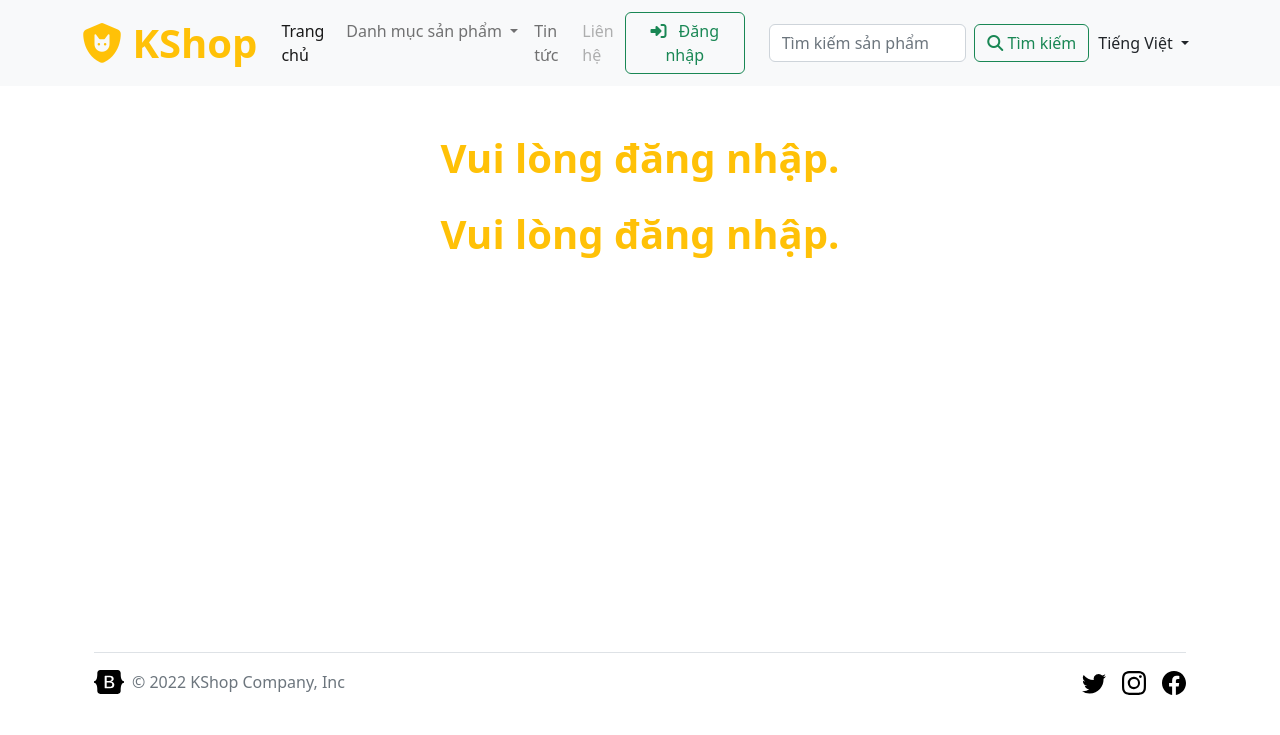
Repository: QuangBach1998/BMobileShop
Page: BshopFrontEnd/index.html
The author's editor kept a copy of each file at every save. The page is drawn from the files as they stood at one save, then again after the next save.
The browser window is 1280 px wide. The pictures show the whole page.
Some web libraries are served in a nearby version.

Above is the page before, as saved 2023-06-26 15:11:57.

### BshopFrontEnd/index.html
<!DOCTYPE html>
<html lang="en">
  <head>
    <meta charset="UTF-8" />
    <meta http-equiv="X-UA-Compatible" content="IE=edge" />
    <meta name="viewport" content="width=device-width, initial-scale=1.0" />
    <title>BShop - Điện thoại, Laptop, Phụ kiện, Đồng hồ chính hãng</title>

    <!-- Bootstrap 5.2.1 -->
    <link
      href="https://cdn.jsdelivr.net/npm/bootstrap@5.2.1/dist/css/bootstrap.min.css"
      rel="stylesheet"
      integrity="sha384-iYQeCzEYFbKjA/T2uDLTpkwGzCiq6soy8tYaI1GyVh/UjpbCx/TYkiZhlZB6+fzT"
      crossorigin="anonymous"
    />

    <!-- JavaScript Bundle with Popper -->
    <script
      src="https://cdn.jsdelivr.net/npm/bootstrap@5.2.1/dist/js/bootstrap.bundle.min.js"
      integrity="sha384-u1OknCvxWvY5kfmNBILK2hRnQC3Pr17a+RTT6rIHI7NnikvbZlHgTPOOmMi466C8"
      crossorigin="anonymous"
    ></script>
    <!-- JQuery 3.6.1 -->
    <script
      src="https://code.jquery.com/jquery-3.6.1.min.js"
      integrity="sha256-o88AwQnZB+VDvE9tvIXrMQaPlFFSUTR+nldQm1LuPXQ="
      crossorigin="anonymous"
    ></script>
    <!-- Font Awesome -->
    <script
      src="https://kit.fontawesome.com/194acd46be.js"
      crossorigin="anonymous"
    ></script>
    <script src="/utils/storage.js"></script>

    <style>
      #main {
        min-height: 500px;
        margin-top: 128px;
      }
    </style>
  </head>
  <body>
    <div class="container">
      <div id="header"></div>
      <div id="main"></div>
      <div id="footer"></div>
    </div>

    <script>
      $(function () {
        $("#header").load("/common/header/header.html");
        $("#footer").load("/common/footer/footer.html");

        if (storage.hasKey("key_token")) {
          $("#main").load("/page/main/main.html");
        } else {
          $("#main").append(
            '<p class="text-warning text-center"><b class="fs-1">Vui lòng đăng nhập.</b></p>',
            '<p class="text-warning text-center"><b class="fs-1">Vui lòng đăng nhập.</b></p>'
          );
        }

        $.ajaxSetup({
          headers: {
            Authorization: "Basic " + storage.getItem("key_token"),
          },
        });

        $.ajaxPrefilter(function (options, originalOptions, jqXHR) {
          const lang = storage.getItem("key_lang");
          if (lang && originalOptions.method == "POST") {
            if (originalOptions.url.includes("?")) {
              options.url = originalOptions.url + `&lang=${lang}`;
            } else {
              options.url = originalOptions.url + `?lang=${lang}`;
            }
          }
        });
      });
    </script>
  </body>
</html>

### BshopFrontEnd/utils/storage.js
const KEY_REMEMBER_ME = "key_remember_me";

const storage = {
    get rememberMe() {
        return localStorage.getItem(KEY_REMEMBER_ME);
    },
    set rememberMe(value) {
        localStorage.clear();
        sessionStorage.clear();
        localStorage.setItem(KEY_REMEMBER_ME, value);
    },
    getItem: function (key) {
        if (this.rememberMe == 'true') {
            return localStorage.getItem(key);
        } else {
            return sessionStorage.getItem(key);
        }
    },
    setItem: function (key, value) {
        if (this.rememberMe == 'true') {
            localStorage.setItem(key, value);
        } else {
            sessionStorage.setItem(key, value);
        }
    },
    hasKey: function (key) {
        if (this.rememberMe == 'true') {
            return key in localStorage;
        } else {
            return key in sessionStorage;
        }
    },
    clear: () => {
        localStorage.clear();
        sessionStorage.clear();
    }
};

### BshopFrontEnd/common/header/header.html
<!DOCTYPE html>
<html lang="en">

<head>
</head>

<body>
    <nav class="navbar navbar-expand-lg bg-light fixed-top">
        <div class="container-md">
            <a class="navbar-brand text-warning fs-1 fw-bold" href="#"><i class="fa-solid fa-shield-cat"></i> KShop</a>
            <button class="navbar-toggler" type="button" data-bs-toggle="collapse"
                data-bs-target="#navbar-supported-content" aria-controls="navbar-supported-content"
                aria-expanded="false">
                <span class="navbar-toggler-icon"></span>
            </button>
            <div class="collapse navbar-collapse" id="navbar-supported-content">
                <ul class="navbar-nav me-auto mb-2 mb-lg-0">
                    <li class="nav-item">
                        <a class="nav-link active" aria-current="page" href="#">Trang chủ</a>
                    </li>
                    <li class="nav-item dropdown">
                        <a class="nav-link dropdown-toggle" href="#" role="button" data-bs-toggle="dropdown"
                            aria-expanded="false">
                            Danh mục sản phẩm
                        </a>
                        <ul class="dropdown-menu">
                            <li><a class="dropdown-item" href="#">Điện thoại</a></li>
                            <li><a class="dropdown-item" href="#">Laptop</a></li>
                            <li>
                                <hr class="dropdown-divider">
                            </li>
                            <li><a class="dropdown-item" href="#">Đồng hồ</a></li>
                        </ul>
                    </li>
                    <li class="nav-item">
                        <a class="nav-link" href="#">Tin tức</a>
                    </li>
                    <li class="nav-item">
                        <a class="nav-link disabled">Liên hệ</a>
                    </li>
                </ul>
                <ul id="profile" class="navbar-nav me-4 mb-2 mb-lg-0 ms-auto">
                    <li class="nav-item dropdown">
                        <a class="nav-link dropdown-toggle text-primary fs-5 btn" href="#" role="button"
                            data-bs-toggle="dropdown" aria-expanded="false">
                            <b id="profile-full-name"></b>
                            <span class="position-absolute top-0 start-0 translate-middle badge rounded-pill bg-danger">
                                99+
                                <span class="visually-hidden">unread messages</span>
                            </span>
                        </a>
                        <ul class="dropdown-menu">
                            <li>
                                <a id="btn-change-password" href="/page/authentication/password/change.html" class="dropdown-item btn btn-outline-warning">
                                    <i class="fa-solid fa-key me-2"></i>
                                    Đổi mật khẩu
                                </a>
                            </li>
                            <li><hr class="dropdown-divider"></li>
                            <li>
                                <a id="btn-logout" href="/page/authentication/login/login.html" class="dropdown-item btn btn-outline-danger">
                                    <i class="fa-solid fa-right-from-bracket me-2"></i>
                                    Đăng xuất
                                </a>
                            </li>
                        </ul>
                    </li>
                </ul>
                <a id="btn-login" href="/page/authentication/login/login.html" class="btn btn-outline-success me-4">
                    <i class="fa-solid fa-right-to-bracket me-2"></i>
                    Đăng nhập
                </a>
                <form class="d-flex" role="search">
                    <input class="form-control me-2" type="search" placeholder="Tìm kiếm sản phẩm" aria-label="Search">
                    <button class="col-auto btn btn-outline-success" type="submit">
                        <i class="fa-solid fa-magnifying-glass"></i>
                        Tìm kiếm
                    </button>
                </form>
                <ul class="navbar-nav mb-2 mb-lg-0 ms-auto">
                    <li class="nav-item dropdown">
                        <button id="btn-language" class="nav-link dropdown-toggle btn text-dark" type="button" data-bs-toggle="dropdown" aria-expanded="false">
                            Tiếng Việt
                        </button>
                        <ul class="dropdown-menu">
                            <li><button onclick="changeLanguage('vi', 'Tiếng Việt')" type="button" class="dropdown-item">Tiếng Việt</a></li>
                            <li><button onclick="changeLanguage('en', 'Tiếng Anh')" type="button" class="dropdown-item">Tiếng Anh</a></li>
                        </ul>
                    </li>
                </ul>
            </div>
        </div>
    </nav>

    <script>
        $('#btn-logout').on('click', event => {
            storage.clear();
        })

        if (storage.hasKey('key_token')) {
            $('#btn-login').hide();
            $('#profile').show();
            $('#profile-full-name').text(storage.getItem('key_full_name'));
        } else {
            $('#btn-login').show();
            $('#profile').hide();
        }

        function changeLanguage(lang, text) {
            storage.setItem('key_lang', lang);
            document.getElementById('btn-language').innerText = text;
        }
    </script>
</body>

</html>

### BshopFrontEnd/common/footer/footer.html
<!DOCTYPE html>
<html lang="en">

<head>
</head>

<body>
  <svg xmlns="http://www.w3.org/2000/svg" style="display: none;">
    <symbol id="bootstrap" viewBox="0 0 118 94">
      <title>Bootstrap</title>
      <path fill-rule="evenodd" clip-rule="evenodd"
        d="M24.509 0c-6.733 0-11.715 5.893-11.492 12.284.214 6.14-.064 14.092-2.066 20.577C8.943 39.365 5.547 43.485 0 44.014v5.972c5.547.529 8.943 4.649 10.951 11.153 2.002 6.485 2.28 14.437 2.066 20.577C12.794 88.106 17.776 94 24.51 94H93.5c6.733 0 11.714-5.893 11.491-12.284-.214-6.14.064-14.092 2.066-20.577 2.009-6.504 5.396-10.624 10.943-11.153v-5.972c-5.547-.529-8.934-4.649-10.943-11.153-2.002-6.484-2.28-14.437-2.066-20.577C105.214 5.894 100.233 0 93.5 0H24.508zM80 57.863C80 66.663 73.436 72 62.543 72H44a2 2 0 01-2-2V24a2 2 0 012-2h18.437c9.083 0 15.044 4.92 15.044 12.474 0 5.302-4.01 10.049-9.119 10.88v.277C75.317 46.394 80 51.21 80 57.863zM60.521 28.34H49.948v14.934h8.905c6.884 0 10.68-2.772 10.68-7.727 0-4.643-3.264-7.207-9.012-7.207zM49.948 49.2v16.458H60.91c7.167 0 10.964-2.876 10.964-8.281 0-5.406-3.903-8.178-11.425-8.178H49.948z">
      </path>
    </symbol>
    <symbol id="facebook" viewBox="0 0 16 16">
      <path
        d="M16 8.049c0-4.446-3.582-8.05-8-8.05C3.58 0-.002 3.603-.002 8.05c0 4.017 2.926 7.347 6.75 7.951v-5.625h-2.03V8.05H6.75V6.275c0-2.017 1.195-3.131 3.022-3.131.876 0 1.791.157 1.791.157v1.98h-1.009c-.993 0-1.303.621-1.303 1.258v1.51h2.218l-.354 2.326H9.25V16c3.824-.604 6.75-3.934 6.75-7.951z">
      </path>
    </symbol>
    <symbol id="instagram" viewBox="0 0 16 16">
      <path
        d="M8 0C5.829 0 5.556.01 4.703.048 3.85.088 3.269.222 2.76.42a3.917 3.917 0 0 0-1.417.923A3.927 3.927 0 0 0 .42 2.76C.222 3.268.087 3.85.048 4.7.01 5.555 0 5.827 0 8.001c0 2.172.01 2.444.048 3.297.04.852.174 1.433.372 1.942.205.526.478.972.923 1.417.444.445.89.719 1.416.923.51.198 1.09.333 1.942.372C5.555 15.99 5.827 16 8 16s2.444-.01 3.298-.048c.851-.04 1.434-.174 1.943-.372a3.916 3.916 0 0 0 1.416-.923c.445-.445.718-.891.923-1.417.197-.509.332-1.09.372-1.942C15.99 10.445 16 10.173 16 8s-.01-2.445-.048-3.299c-.04-.851-.175-1.433-.372-1.941a3.926 3.926 0 0 0-.923-1.417A3.911 3.911 0 0 0 13.24.42c-.51-.198-1.092-.333-1.943-.372C10.443.01 10.172 0 7.998 0h.003zm-.717 1.442h.718c2.136 0 2.389.007 3.232.046.78.035 1.204.166 1.486.275.373.145.64.319.92.599.28.28.453.546.598.92.11.281.24.705.275 1.485.039.843.047 1.096.047 3.231s-.008 2.389-.047 3.232c-.035.78-.166 1.203-.275 1.485a2.47 2.47 0 0 1-.599.919c-.28.28-.546.453-.92.598-.28.11-.704.24-1.485.276-.843.038-1.096.047-3.232.047s-2.39-.009-3.233-.047c-.78-.036-1.203-.166-1.485-.276a2.478 2.478 0 0 1-.92-.598 2.48 2.48 0 0 1-.6-.92c-.109-.281-.24-.705-.275-1.485-.038-.843-.046-1.096-.046-3.233 0-2.136.008-2.388.046-3.231.036-.78.166-1.204.276-1.486.145-.373.319-.64.599-.92.28-.28.546-.453.92-.598.282-.11.705-.24 1.485-.276.738-.034 1.024-.044 2.515-.045v.002zm4.988 1.328a.96.96 0 1 0 0 1.92.96.96 0 0 0 0-1.92zm-4.27 1.122a4.109 4.109 0 1 0 0 8.217 4.109 4.109 0 0 0 0-8.217zm0 1.441a2.667 2.667 0 1 1 0 5.334 2.667 2.667 0 0 1 0-5.334z">
      </path>
    </symbol>
    <symbol id="twitter" viewBox="0 0 16 16">
      <path
        d="M5.026 15c6.038 0 9.341-5.003 9.341-9.334 0-.14 0-.282-.006-.422A6.685 6.685 0 0 0 16 3.542a6.658 6.658 0 0 1-1.889.518 3.301 3.301 0 0 0 1.447-1.817 6.533 6.533 0 0 1-2.087.793A3.286 3.286 0 0 0 7.875 6.03a9.325 9.325 0 0 1-6.767-3.429 3.289 3.289 0 0 0 1.018 4.382A3.323 3.323 0 0 1 .64 6.575v.045a3.288 3.288 0 0 0 2.632 3.218 3.203 3.203 0 0 1-.865.115 3.23 3.23 0 0 1-.614-.057 3.283 3.283 0 0 0 3.067 2.277A6.588 6.588 0 0 1 .78 13.58a6.32 6.32 0 0 1-.78-.045A9.344 9.344 0 0 0 5.026 15z">
      </path>
    </symbol>
  </svg>
  <div class="container">
    <footer class="d-flex flex-wrap justify-content-between align-items-center py-3 my-4 border-top">
      <div class="col-md-4 d-flex align-items-center">
        <a href="/" class="mb-3 me-2 mb-md-0 text-muted text-decoration-none lh-1">
          <svg class="bi" width="30" height="24">
            <use xlink:href="#bootstrap"></use>
          </svg>
        </a>
        <span class="mb-3 mb-md-0 text-muted">© 2022 KShop Company, Inc</span>
      </div>

      <ul class="nav col-md-4 justify-content-end list-unstyled d-flex">
        <li class="ms-3"><a class="text-muted" href="#"><svg class="bi" width="24" height="24">
              <use xlink:href="#twitter"></use>
            </svg></a></li>
        <li class="ms-3"><a class="text-muted" href="#"><svg class="bi" width="24" height="24">
              <use xlink:href="#instagram"></use>
            </svg></a></li>
        <li class="ms-3"><a class="text-muted" href="https://www.facebook.com/omegakhoa"><svg class="bi" width="24" height="24">
              <use xlink:href="#facebook"></use>
            </svg></a></li>
      </ul>
    </footer>
  </div>
</body>

</html>

After the next save:
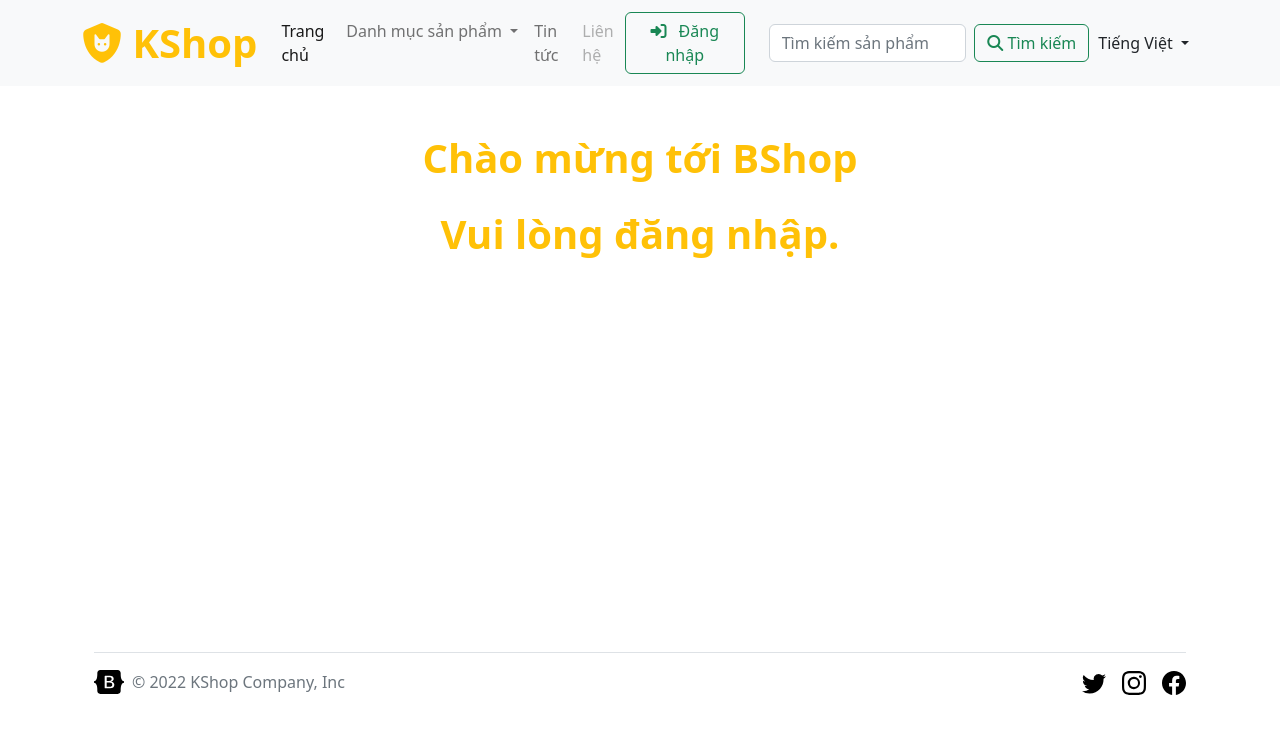
Saved 19 s later.
--- a/BshopFrontEnd/index.html
+++ b/BshopFrontEnd/index.html
@@ -56,7 +56,7 @@
           $("#main").load("/page/main/main.html");
         } else {
           $("#main").append(
-            '<p class="text-warning text-center"><b class="fs-1">Vui lòng đăng nhập.</b></p>',
+            '<p class="text-warning text-center"><b class="fs-1">Chào mừng tới BShop</b></p>',
             '<p class="text-warning text-center"><b class="fs-1">Vui lòng đăng nhập.</b></p>'
           );
         }
